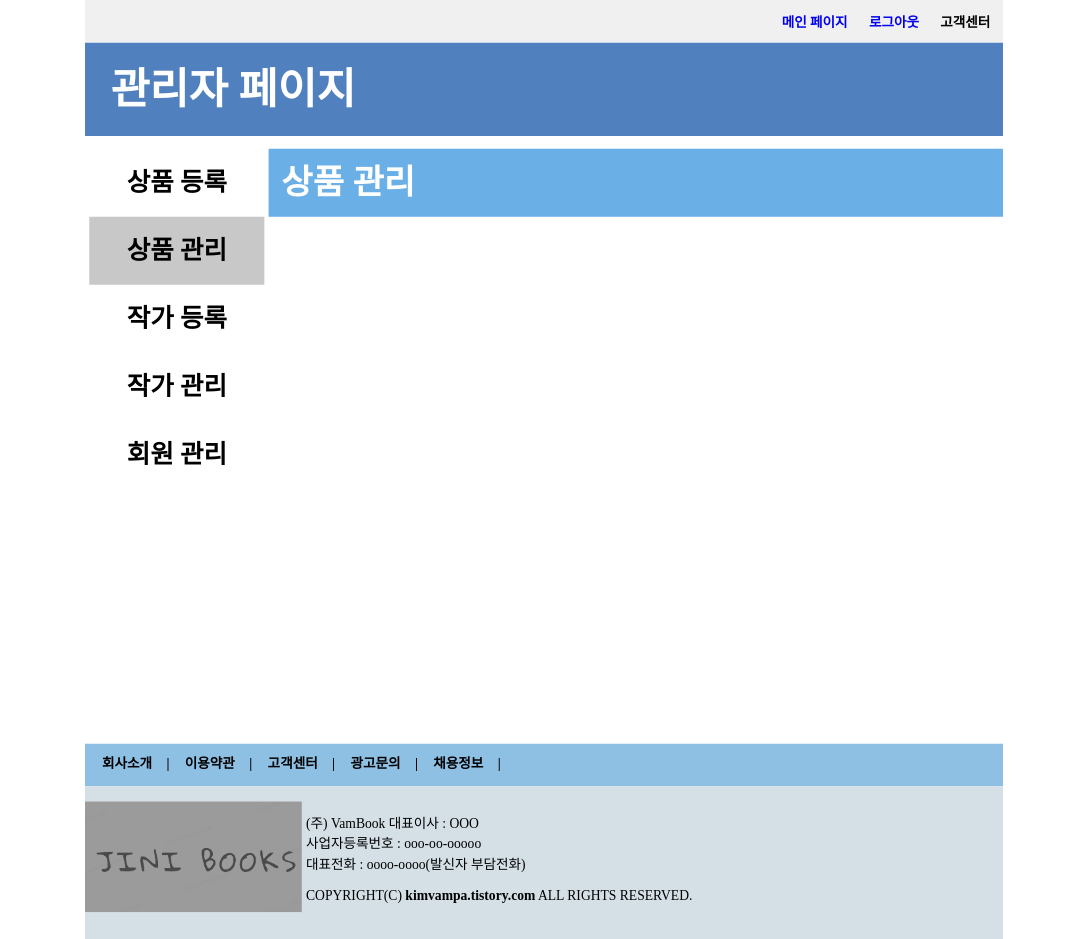
Repository: leechanjin7/ShoppingMall
Page: http://localhost/ShoppingMall/WEB-INF/views/admin/goodsManage.jsp
An editor plug-in stored every save of this project. The page is shown before and after the next save, followed by the edit.
The browser window is 1280 px wide. The pictures show the whole page, at 85% of full size.
The page is served by Tomcat 9. Nobody is signed in. The template is opened directly, without the code that normally fills it, so the values that code supplies are empty.

Above is the page before, as saved 2023-09-08 01:42:39.

After the next save:
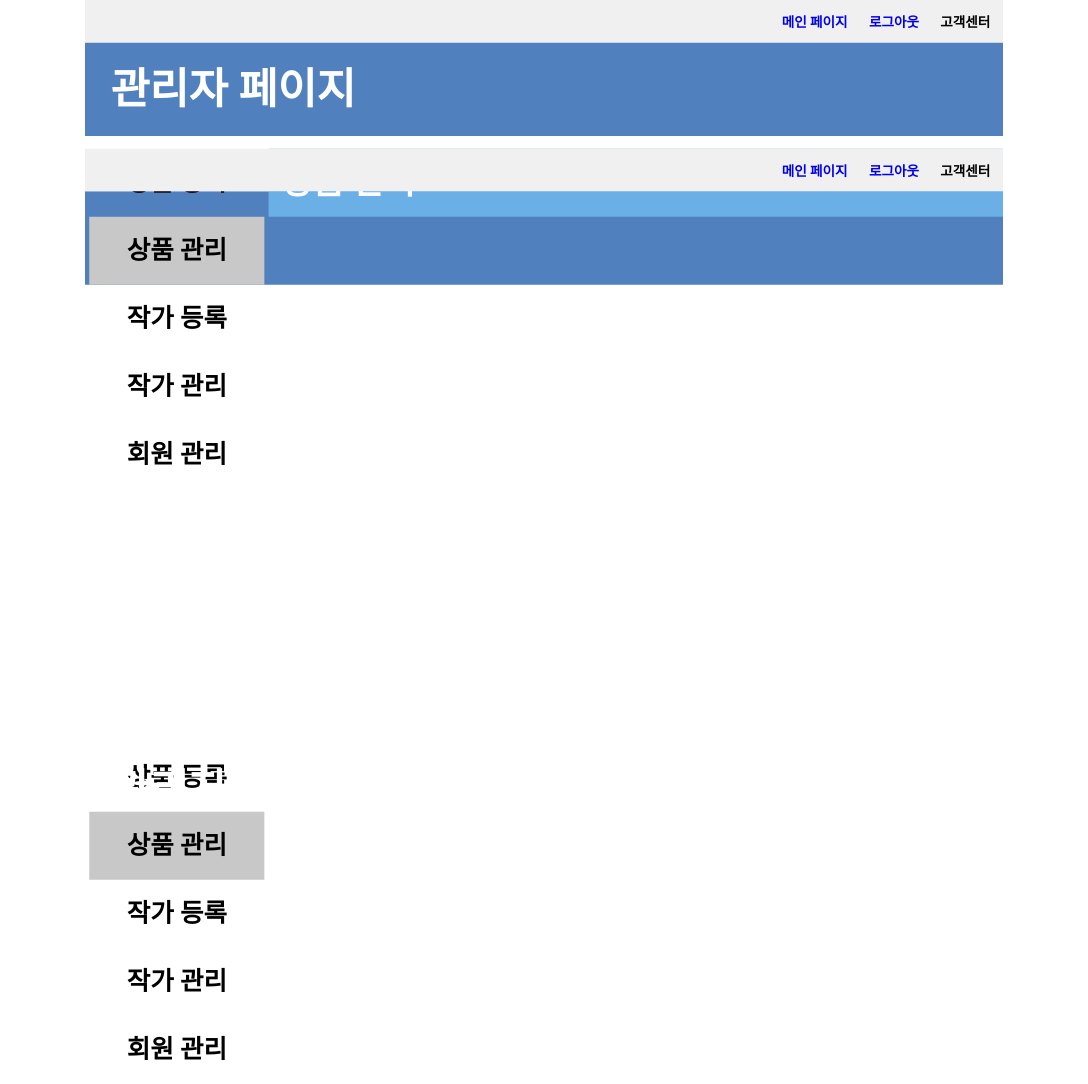
Saved 6 s later.
--- a/workspace/ShoppingMall/src/main/webapp/WEB-INF/views/admin/goodsManage.jsp
+++ b/workspace/ShoppingMall/src/main/webapp/WEB-INF/views/admin/goodsManage.jsp
@@ -21,49 +21,9 @@
                 <div class="admin_content_wrap">
                     <div class="admin_content_subject"><span>상품 관리</span></div>
                 </div>
-                <div class="clearfix"></div>
-            </div>
 
-        <!-- Footer 영역 -->
-        <div class="footer_nav">
-            <div class="footer_nav_container">
-                <ul>
-                    <li>회사소개</li>
-                    <span class="line">|</span>
-                    <li>이용약관</li>
-                    <span class="line">|</span>
-                    <li>고객센터</li>
-                    <span class="line">|</span>
-                    <li>광고문의</li>
-                    <span class="line">|</span>
-                    <li>채용정보</li>
-                    <span class="line">|</span>
-                </ul>
-            </div>
-        </div> <!-- class="footer_nav" -->
 
-        <div class="footer">
-            <div class="footer_container">
-
-                <div class="footer_left">
-                    <img src="../resources/img/Logo.png">
-                </div>
-                <div class="footer_right">
-                    (주) VamBook    대표이사 : OOO
-                    <br>
-                    사업자등록번호 : ooo-oo-ooooo
-                    <br>
-                    대표전화 : oooo-oooo(발신자 부담전화)
-                    <br>
-                    <br>
-                    COPYRIGHT(C) <strong>kimvampa.tistory.com</strong>    ALL RIGHTS RESERVED.
-                </div>
-                <div class="clearfix"></div>
-            </div>
-        </div> <!-- class="footer" -->
-
-    </div>    <!-- class="wrap" -->
-</div>    <!-- class="wrapper" -->
+                <%@include file="../includes/admin/header.jsp" %>
 
 </body>
 </html>

After the save that followed:
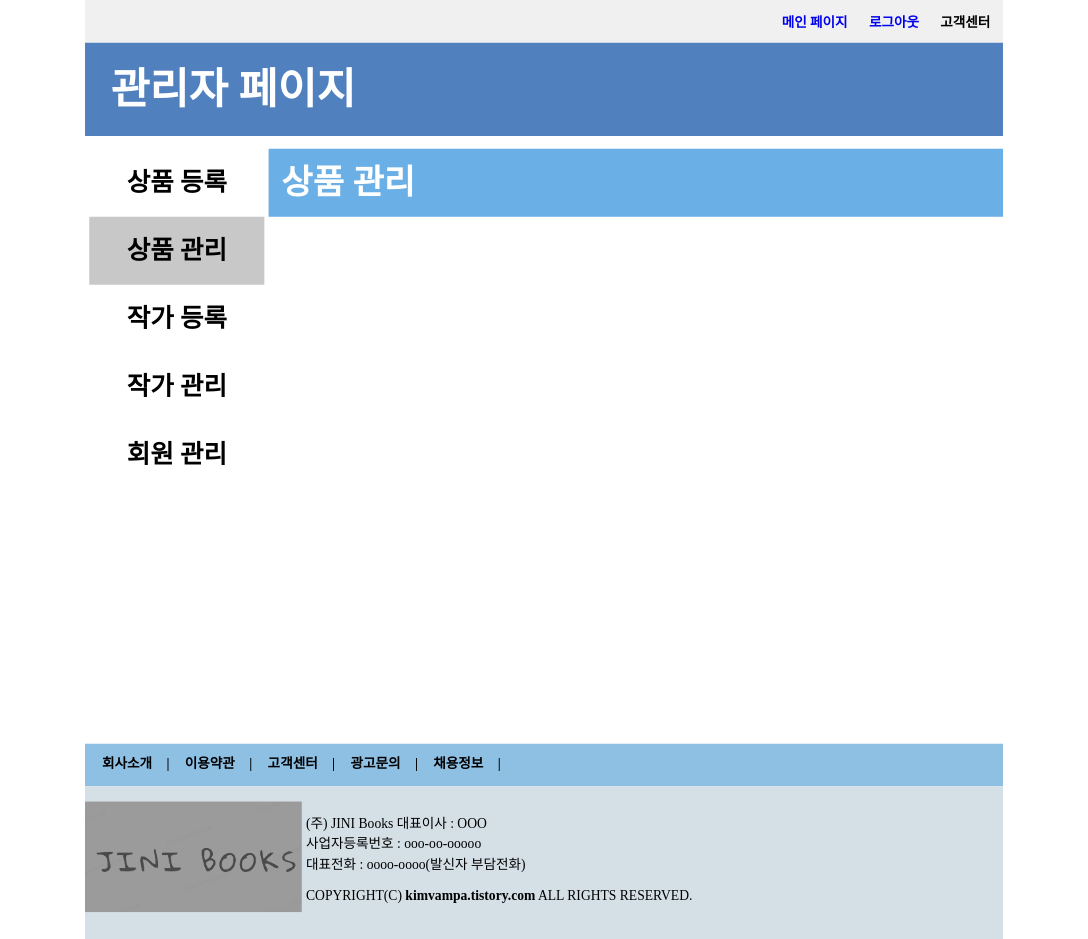
Saved 86 s later.
--- a/workspace/ShoppingMall/src/main/webapp/WEB-INF/views/admin/goodsManage.jsp
+++ b/workspace/ShoppingMall/src/main/webapp/WEB-INF/views/admin/goodsManage.jsp
@@ -23,7 +23,7 @@
                 </div>
 
 
-                <%@include file="../includes/admin/header.jsp" %>
+                <%@include file="../includes/admin/footer.jsp" %>
 
 </body>
 </html>
